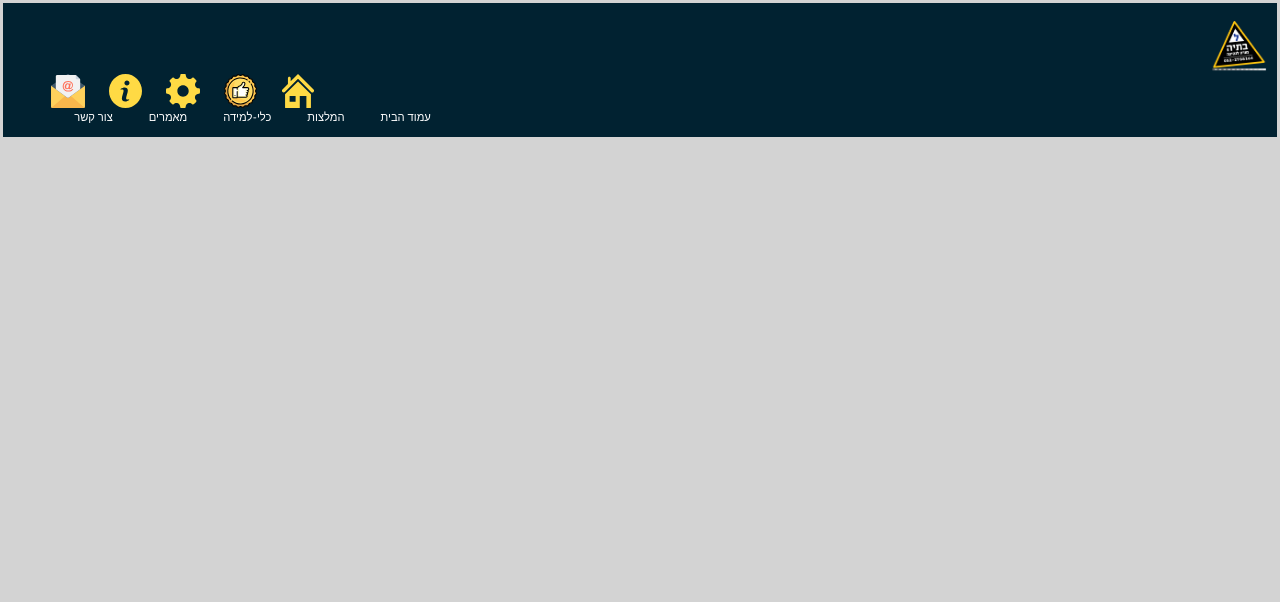
Repository: ChenGinsberg/BatyaLamed-site
Page: recommandsPage.html
The author's editor kept a copy of each file at every save. The page is drawn from the files as they stood at one save, then again after the next save.
The browser window is 1280 px wide. The pictures show the whole page.
Some web libraries are served in a nearby version.

Above is the page before, as saved 2017-11-14 23:35:02.

After the next save:
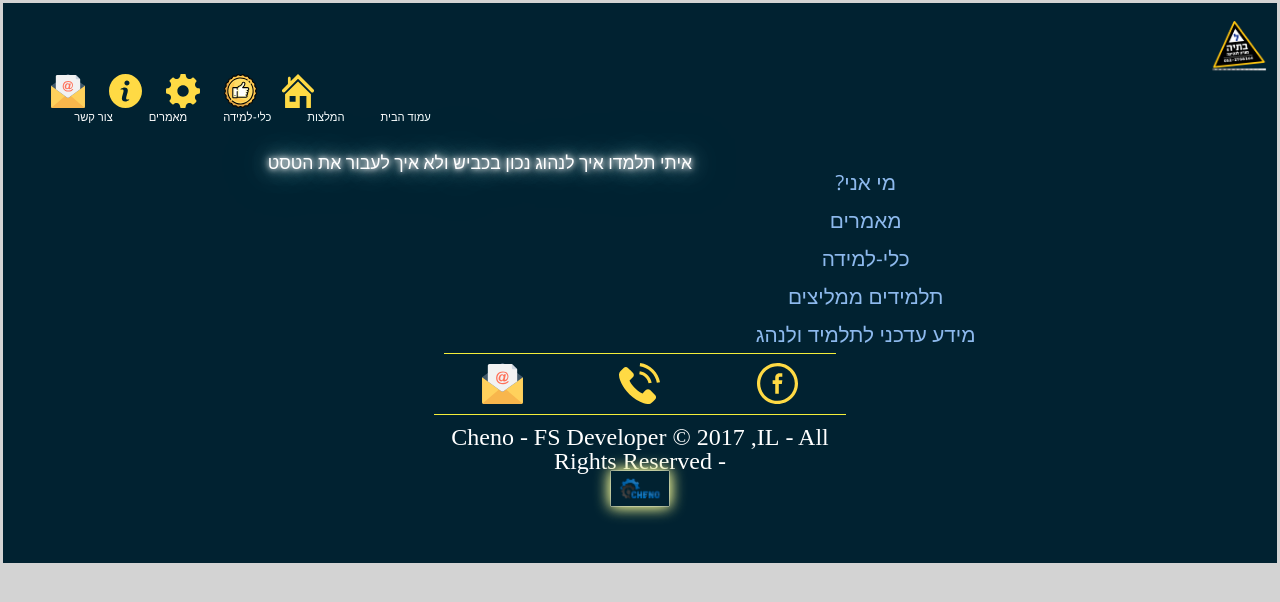
Saved 49 s later.
--- a/recommandsPage.html
+++ b/recommandsPage.html
@@ -42,6 +42,53 @@
         <span class="nav-iconn">מאמרים</span>
         <span class="nav-iconn">צור קשר</span>
     </nav>
+
+    <footer class="flex-rw">
+        <p class="footer-quate">איתי תלמדו איך לנהוג נכון בכביש ולא איך לעבור את הטסט</p>
+
+        <ul class="footer-list-top">
+
+            <li>
+                <a href='/shop/about-mission' class="generic-anchor footer-list-anchor" itemprop="significantLink">?מי אני</a>
+            </li>
+            <li>
+                <a href='/promos.html' class="generic-anchor footer-list-anchor" itemprop="significantLink">מאמרים</a>
+            </li>
+            <li>
+                <a href='/retailers/new-retailers.html' class="generic-anchor footer-list-anchor" itemprop="significantLink">כלי-למידה</a>
+            </li>
+
+            <li>
+                <a href='/job-openings.html' itemprop="significantLink" class="generic-anchor footer-list-anchor">תלמידים ממליצים</a>
+            </li>
+
+            <li>
+                <a href='/shop/about-show-schedule' class="generic-anchor footer-list-anchor" itemprop="significantLink">מידע עדכני לתלמיד ולנהג</a>
+            </li>
+        </ul>
+        <ul class="footer-list-top">
+            <li>
+                <section class="footer-social-section flex-rw">
+                    <img src="/image/email.svg" class="footer-svg">
+                    <img src="/image/telephone.svg" class="footer-svg">
+                    <img src="/image/social-facebook-circular-button.svg" class="footer-svg">
+
+                </section>
+                <section class="footer-bottom-section flex-rw">
+                    <div class="footer-bottom-wrapper">
+                        <i class="fa fa-copyright" role="copyright">
+
+                        </i> Cheno - FS Developer © 2017
+                        <address class="footer-address" role="company address"> ,IL</address>
+                        <span class="footer-bottom-rights"> - All Rights Reserved - </span>
+                    </div>
+                    <div class="footer-bottom-wrapper">
+
+                        <img src="/image/Chenologo.png" class="chen-icon">
+
+                    </div>
+                </section>
+    </footer>
 </body>
 
 </html>
